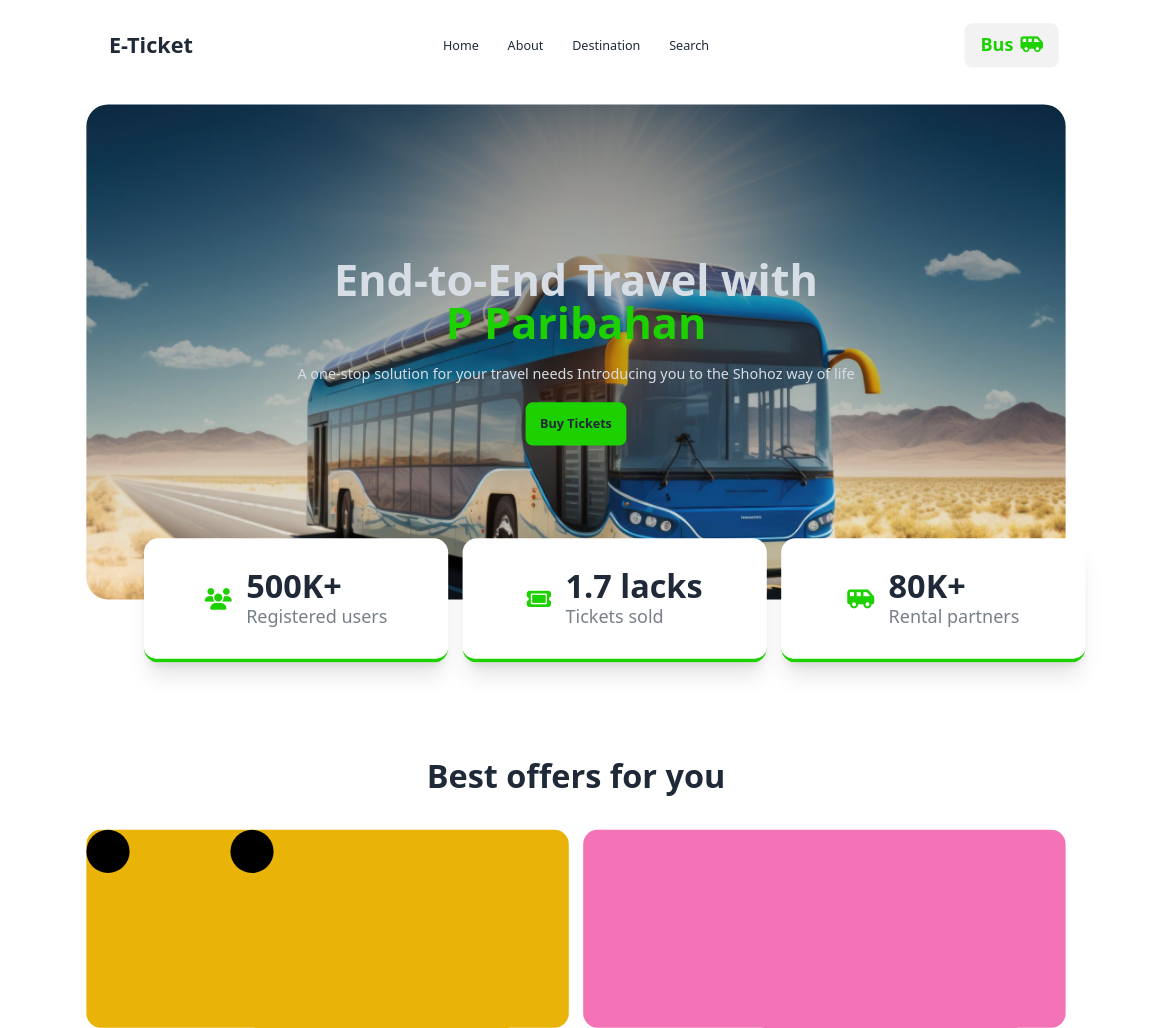
Repository: RudrasahaDibos/Smart-ticketing
Page: index.html
An editor plug-in stored every save of this project. The page is shown before and after the next save, followed by the edit.
The browser window is 1280 px wide. The pictures show the whole page, at 90% of full size.
Some web fonts or font styles are not loaded; a fallback is used. Some web libraries are served in a nearby version.

Above is the page before, as saved 2024-11-10 01:17:58.

After the next save:
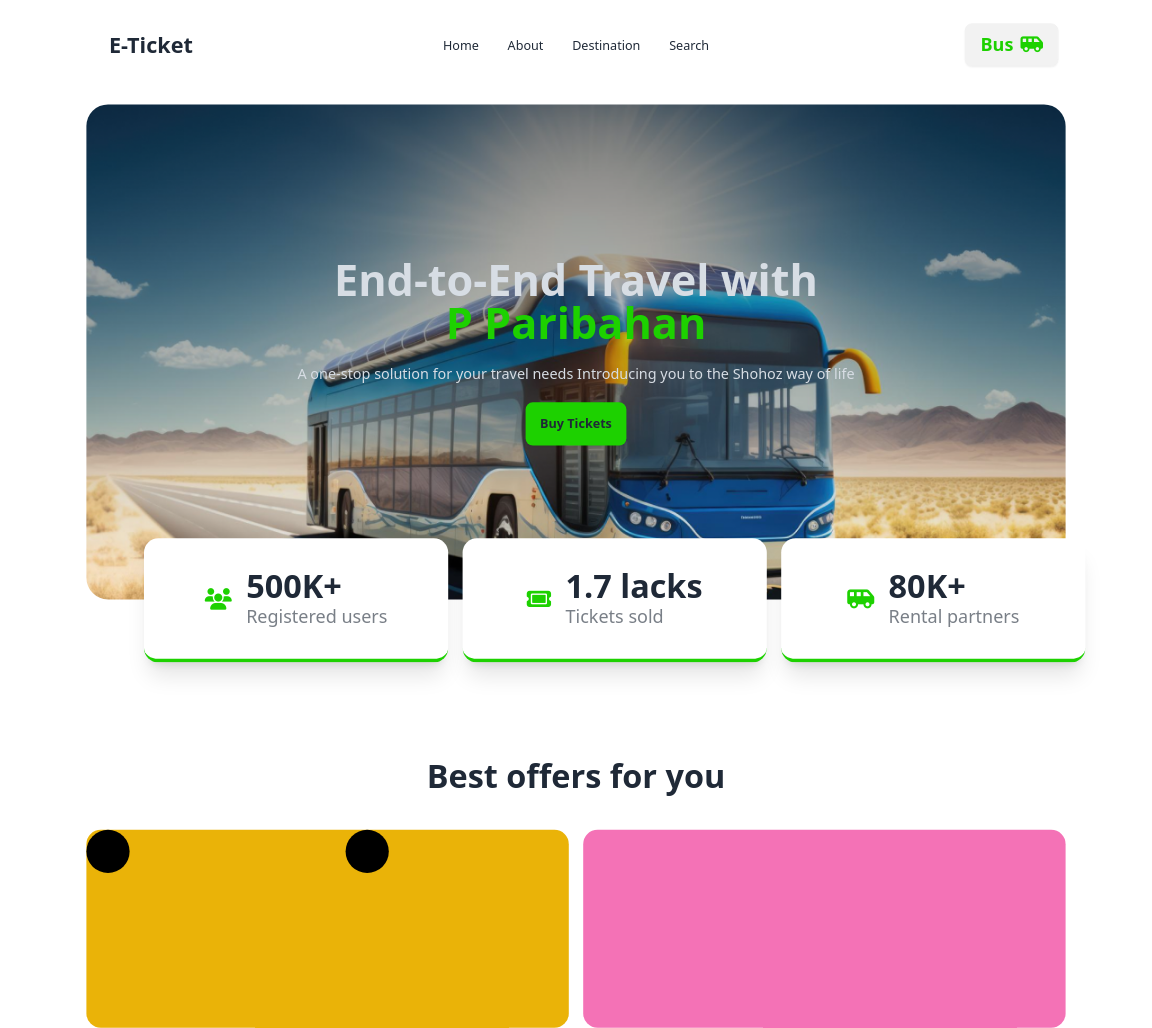
Saved 6 s later.
--- a/index.html
+++ b/index.html
@@ -156,7 +156,7 @@
 
                                 <div class="flex gap-4 mt-10">
                                     <div class="bg-yellow-500  w-[573px] h-[220px] relative rounded-2xl">
-                                               <p class="bg-black w-[48px] h-[48px] absolute mx-auto rounded-full ml-40  "></p>
+                                               <p class="bg-black w-[48px] h-[48px] absolute mx-auto rounded-full ml-72  "></p>
                                                <p class="bg-black w-[48px] h-[48px] absolute mx-auto rounded-full   "></p>
                                     </div>
                                     <div class="bg-pink-400   w-[573px] h-[220px] rounded-2xl">
